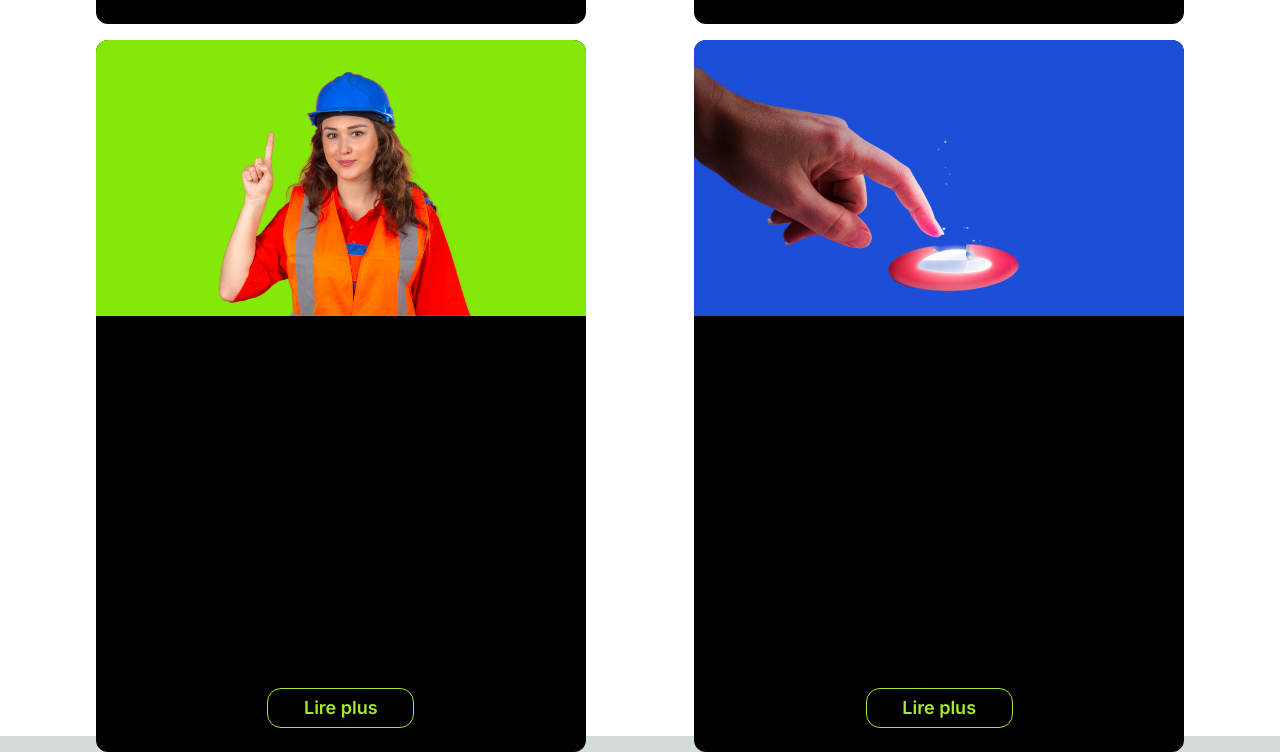
Repository: NassimeElkamari/test
Page: /blogs
These files come from the project's save history. The page is drawn as it stood at one moment and after a run of saves; the edit follows.
The browser window is 1280 px wide. The pictures show the part of the page from y = 1379 to 2331 px (the page is 2131 px tall before and 2331 px after).
The project was rebuilt for these pictures with package versions that can differ from the ones it lists, and the page was loaded fresh each time. The framework's server and built-in components were replaced by stand-ins that run in the browser. Also part of the build but not shown: next.config.mjs.

Above is the page before, as saved 2024-06-12 16:02:55.

After the next 7 saves:
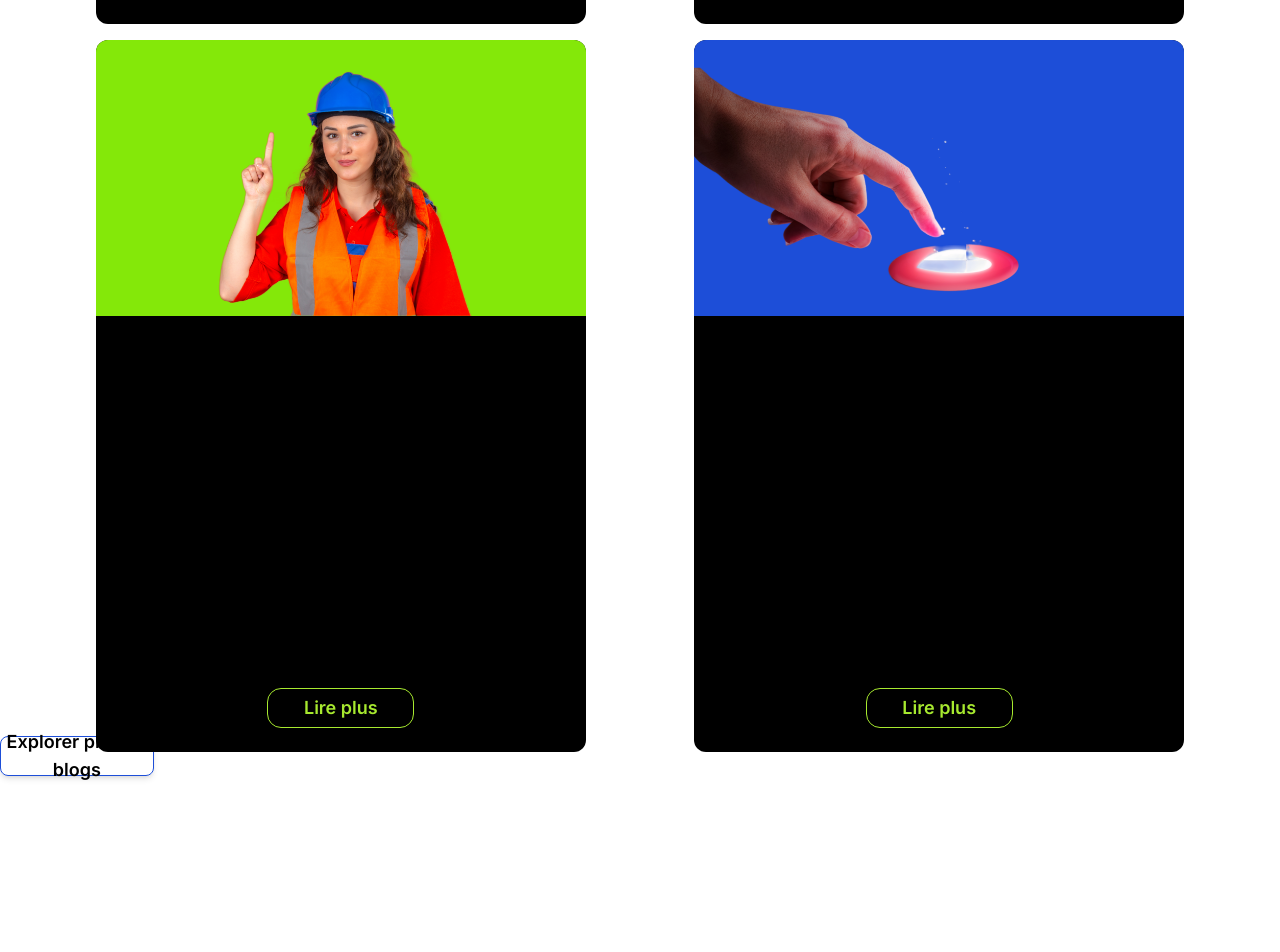
The 7 saves are shown as one change because they came seconds apart.
The last was saved 16 s later.
--- a/src/app/blogs/page.tsx
+++ b/src/app/blogs/page.tsx
@@ -64,8 +64,10 @@
       </div>
 
     </div>
-    <div className='h-'>
-
+    <div className='h-[30vh] w-[80vw]'>
+    <div className="bg-transparent rounded-lg shadow-md w-[15%] text-center h-10 border border-[#1D4ED8] flex items-center justify-center">
+              <h2 className="text-lg font-semibold">Explorer plus de blogs </h2>
+    </div>
     </div>
 
 

After the save that followed:
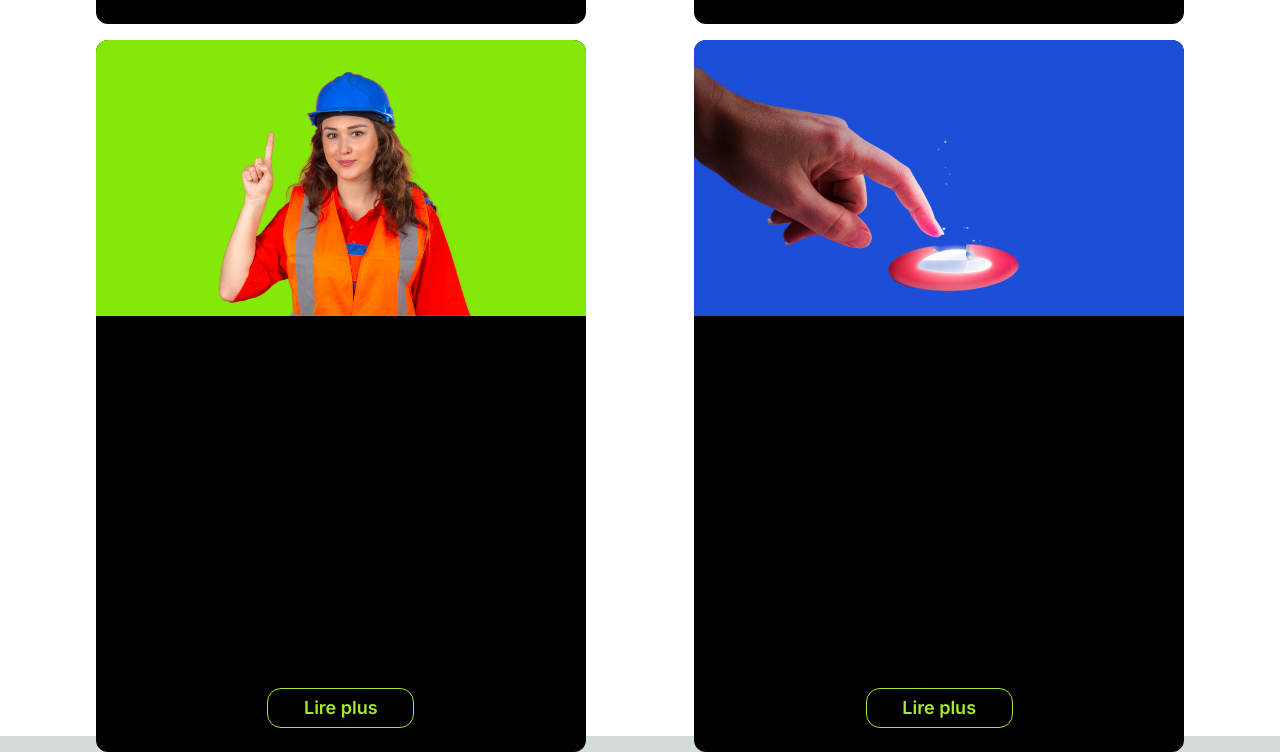
Saved 39 s later.
--- a/src/app/blogs/page.tsx
+++ b/src/app/blogs/page.tsx
@@ -64,11 +64,7 @@
       </div>
 
     </div>
-    <div className='h-[30vh] w-[80vw]'>
-    <div className="bg-transparent rounded-lg shadow-md w-[15%] text-center h-10 border border-[#1D4ED8] flex items-center justify-center">
-              <h2 className="text-lg font-semibold">Explorer plus de blogs </h2>
-    </div>
-    </div>
+
 
 
     </div>
